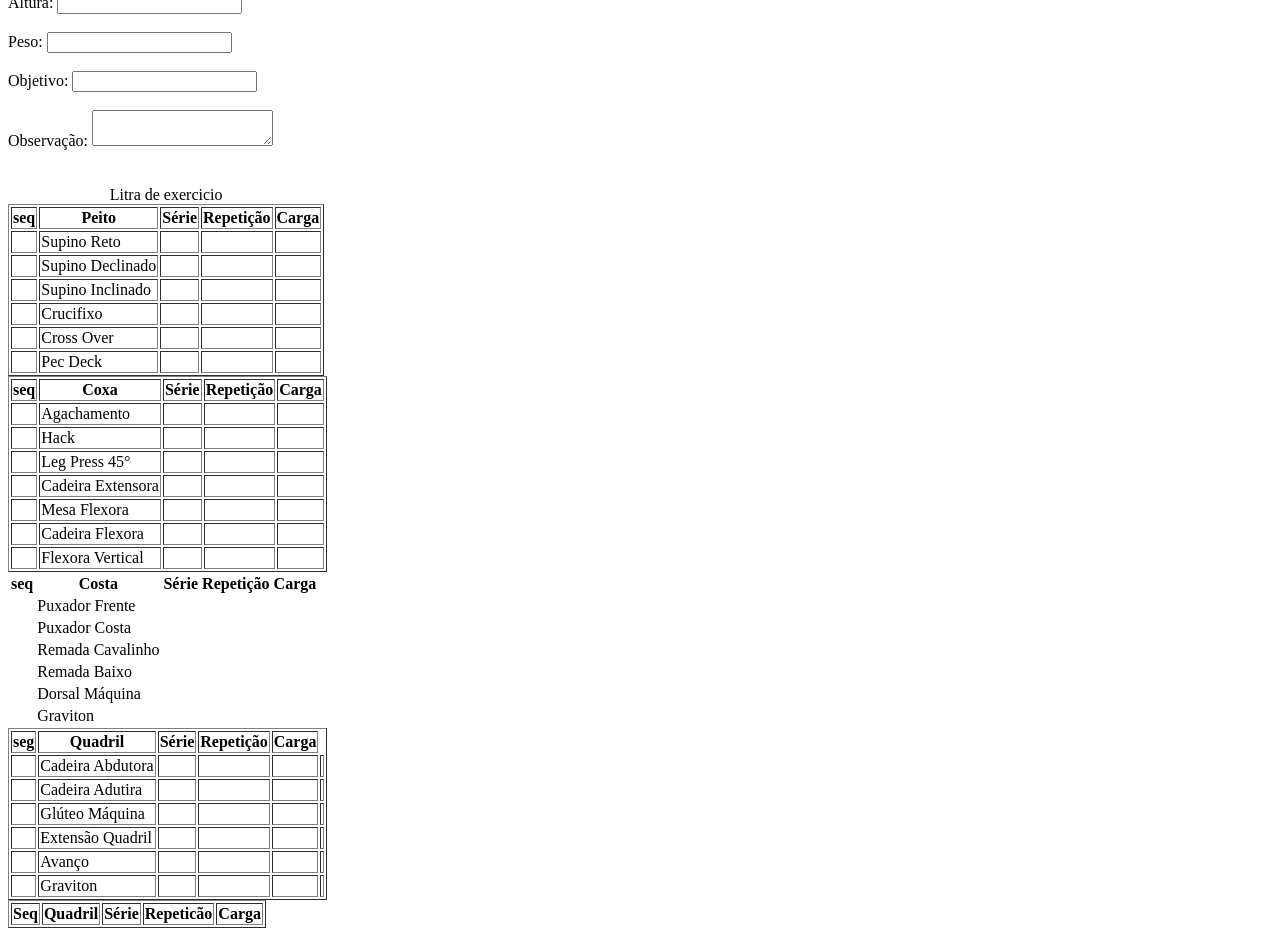
Repository: luisjonson/ProjetoWebAcademia
Page: Projeto_Web/RepositorioWebProject/WebContent/FichaAluno.html
These files come from the project's save history. The page is drawn as it stood at one moment and after the next save; the edit follows.
The browser window is 1280 px wide. The pictures show the part of the page from y = 496 to 1448 px (the page is 1432 px tall before and 1448 px after).
A picture or video elsewhere on the page could not be fetched, so the positions and the page height are approximate.

Above is the page before, as saved 2017-04-06 01:20:08.

After the next save:
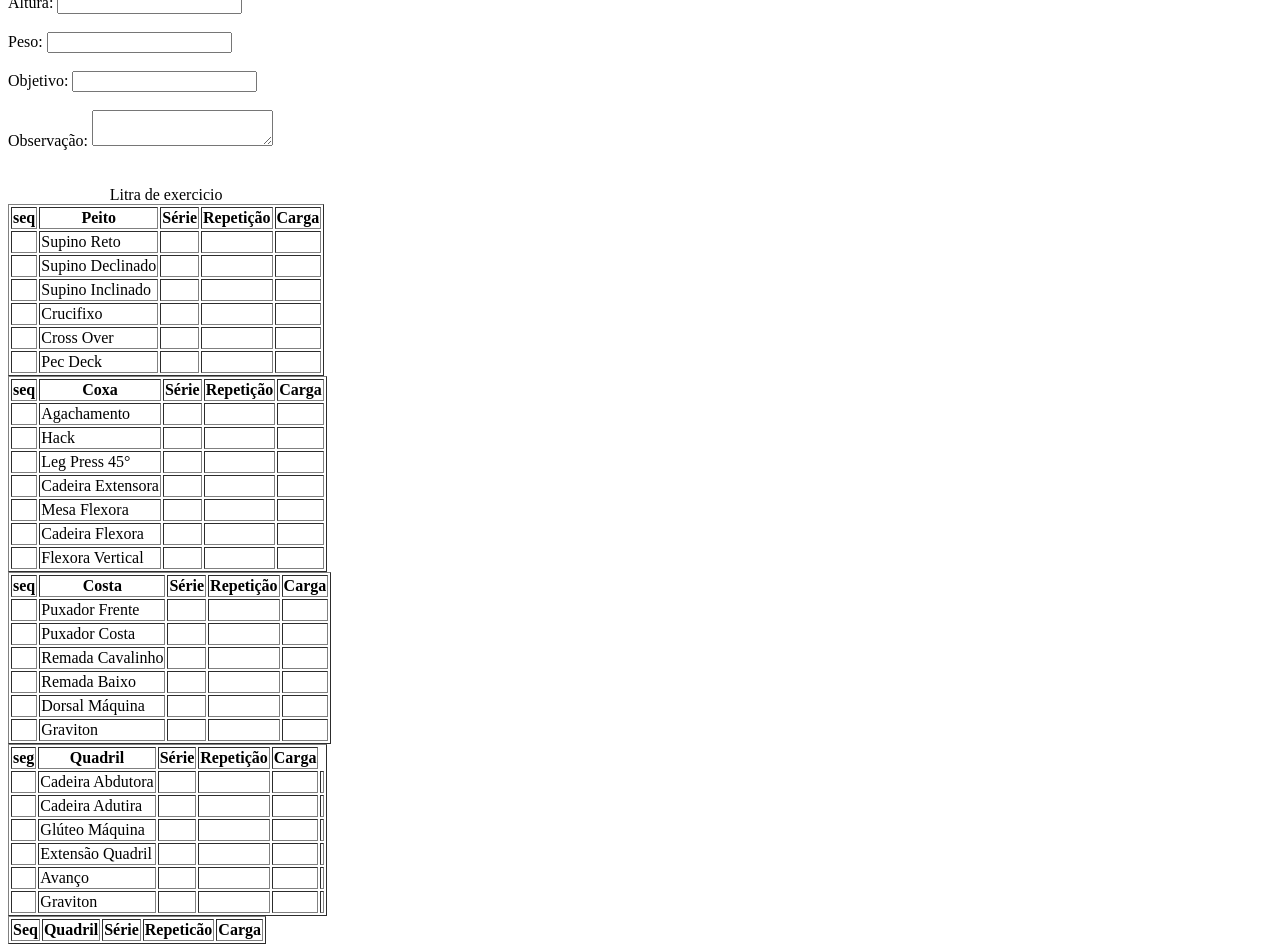
Saved 73 s later.
--- a/Projeto_Web/RepositorioWebProject/WebContent/FichaAluno.html
+++ b/Projeto_Web/RepositorioWebProject/WebContent/FichaAluno.html
@@ -163,7 +163,7 @@
 			<td></td>
 		</tr>
 
-	<table >
+	<table class="table" border="1">
 			<tr>
 				<th>seq</th>
 				<th>Costa</th>
@@ -220,7 +220,7 @@
 				<td></td>
 			</tr>
 		</table>
-	</table>
+
 
 	<table border="1">
 
